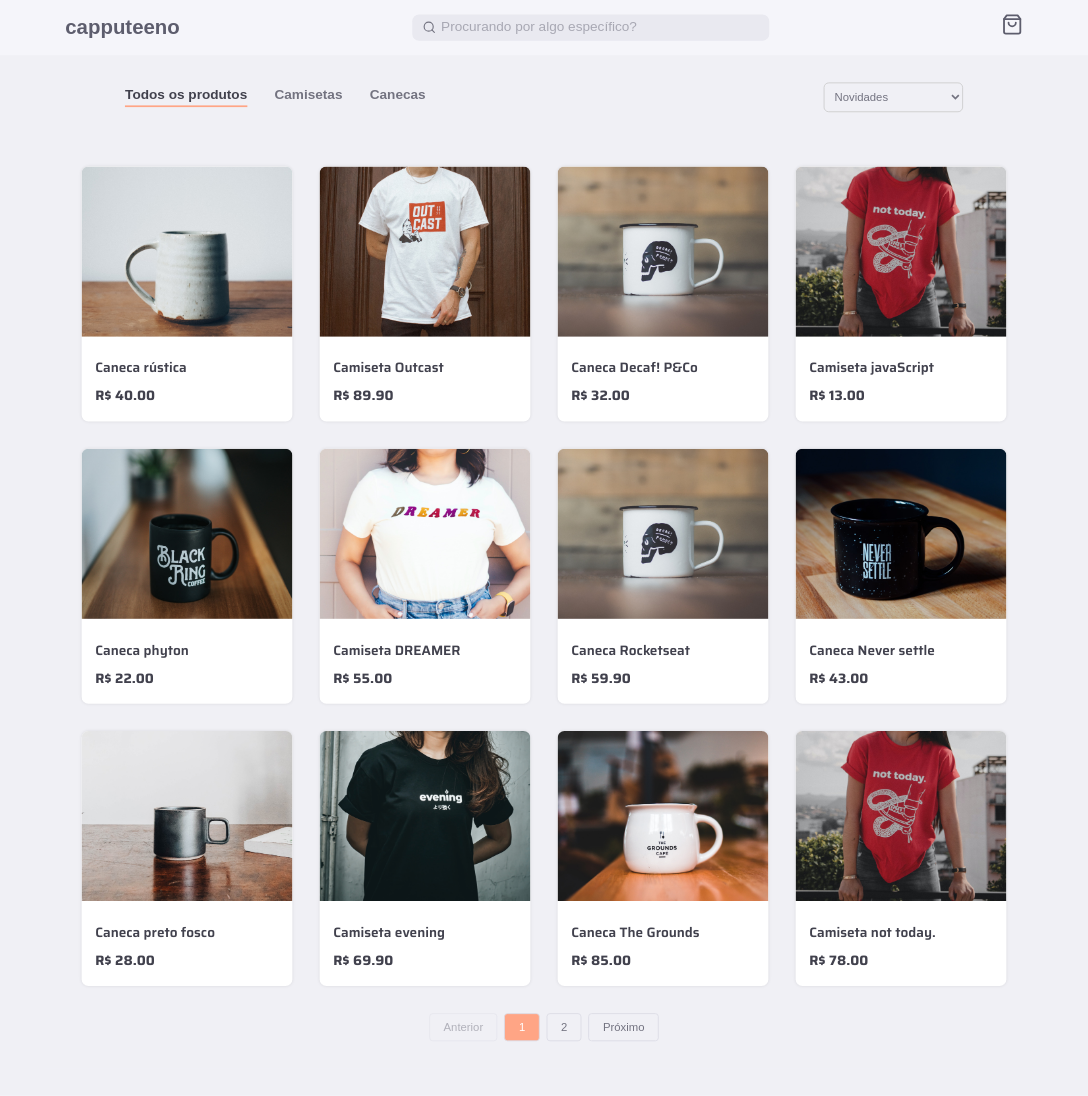
Repository: Biel-barbosa/capputeenoecomerce
Page: /
These files come from the project's save history. The page is drawn as it stood at one moment and after the next save; the edit follows.
The browser window is 1280 px wide. The pictures show the whole page, at 85% of full size.
Some web fonts or font styles are not loaded; a fallback is used. The project was rebuilt for these pictures with package versions that can differ from the ones it lists, and the page was loaded fresh each time. The framework's server and built-in components were replaced by stand-ins that run in the browser. Also part of the build but not shown: next.config.ts.

Above is the page before, as saved 2025-04-25 16:00:00.

After the next save:
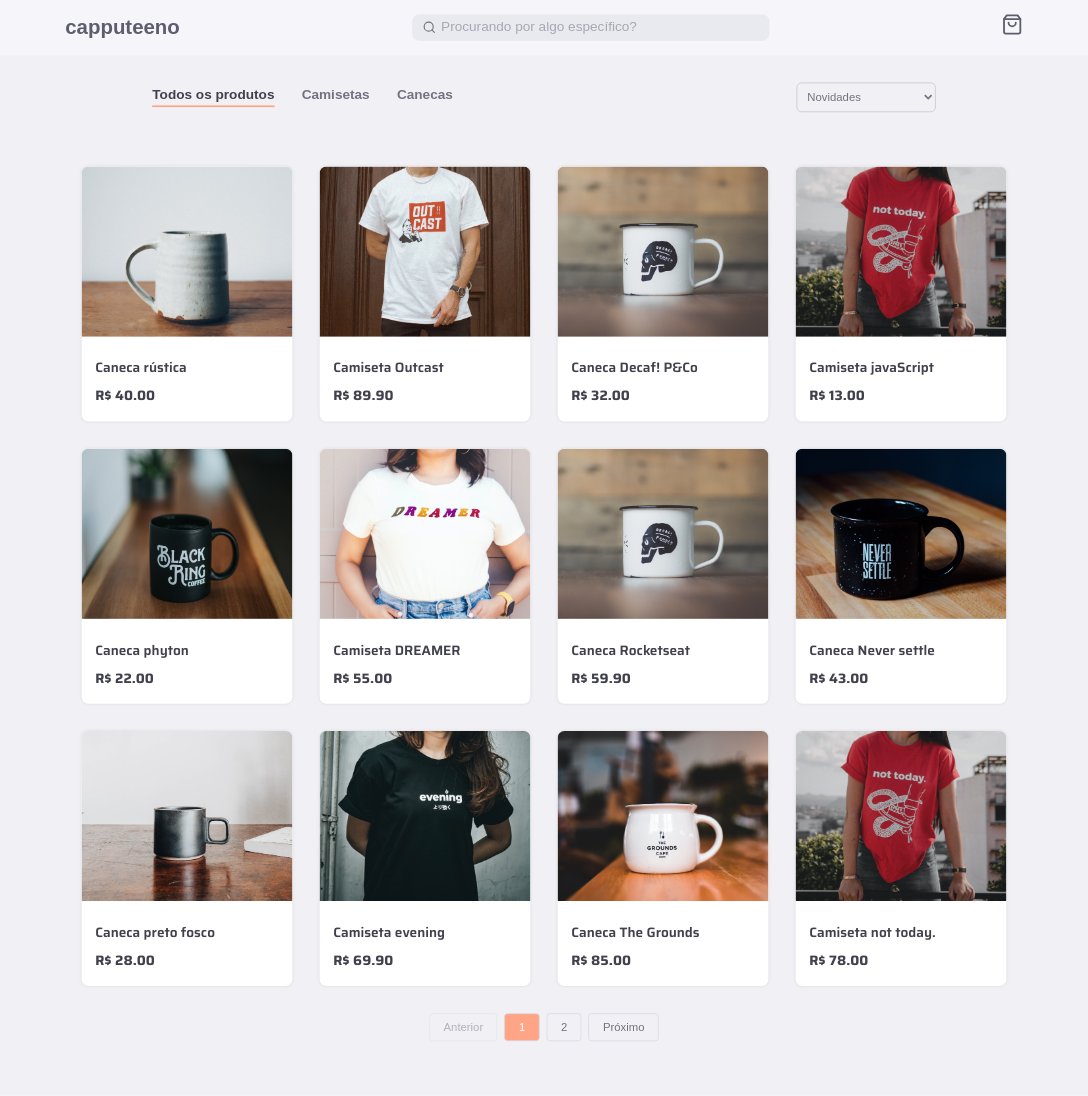
Saved 4 s later.
--- a/src/app/page.tsx
+++ b/src/app/page.tsx
@@ -32,7 +32,7 @@ const FiltersWrapper = styled.div`
   align-items: center;
   flex-wrap: wrap;
   margin-bottom: 2rem;
-  padding: 0rem 6rem;
+  padding: 0rem 8rem;
 
   @media (max-width: 768px) {
     flex-direction: column;
